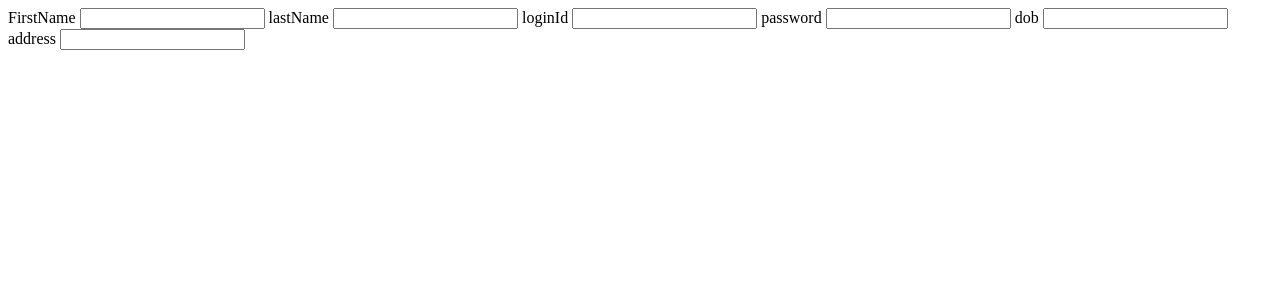
Repository: vikash9562/AdvanceJava
Page: http://localhost/DynamicProject/FirstServlet
These files come from the project's save history. The page is drawn as it stood at one moment and after the next save; the edit follows.
The browser window is 1280 px wide. The pictures show the whole page.
The page is served by Tomcat 9. Other server files are loaded and not shown.

Above is the page before, as saved 2023-08-16 09:32:00.

### advance java/DynamicProject/src/in/co/rays/ctl/FirstServlet.java
package in.co.rays.ctl;

import java.io.IOException;
import java.io.PrintWriter;
import java.text.ParseException;
import java.text.SimpleDateFormat;

import javax.servlet.ServletException;
import javax.servlet.annotation.WebServlet;
import javax.servlet.http.HttpServlet;
import javax.servlet.http.HttpServletRequest;
import javax.servlet.http.HttpServletResponse;

import in.co.rays.bean.UserBean;
import in.co.rays.model.UserModel;

@WebServlet("/FirstServlet")

public class FirstServlet extends HttpServlet {

	@Override
	protected void doGet(HttpServletRequest req, HttpServletResponse resp) throws ServletException, IOException {

		resp.setContentType("text/html");

		PrintWriter out = resp.getWriter();

		//out.println("<h1>Dynamic web project.......!!!!</h1>");
		out.println("<th>FirstName</th>");
		out.println("<td><input type='text' name='firstName'></td>");

		out.println("<th>lastName</th>");
		out.println("<td><input type='text' name='lastName'></td>");

		out.println("<th>loginId</th>");
		out.println("<td><input type='text' name='loginId'></td>");

		out.println("<th>password</th>");
		out.println("<td><input type='text' name='password'></td>");

		out.println("<th>dob</th>");
		out.println("<td><input type='text' name='dob'></td>");

		out.println("<th>address</th>");
		out.println("<td><input type='text' name='address'></td>");


		out.close();



	}

	@Override
	protected void doPost(HttpServletRequest req, HttpServletResponse resp) throws ServletException, IOException {

		String firstName = req.getParameter("firstName");
		String lastName = req.getParameter("lastName");
		String loginId = req.getParameter("loginId");
		String password = req.getParameter("password");
		String dob = req.getParameter("dob");
		String address = req.getParameter("address");

		SimpleDateFormat sdf = new SimpleDateFormat("yyyy-MM-dd");

		UserBean bean = new UserBean();
		bean.setFist_name(firstName);
		bean.setLast_name(lastName);
		bean.setLogin_id(loginId);
		bean.setPassword(password);
		try {
			bean.setDob(sdf.parse(dob));
		} catch (ParseException e) {
			// TODO Auto-generated catch block
			e.printStackTrace();
		}
		bean.setAddress(address);

		UserModel model = new UserModel();
		try {
			model.add(bean);
		} catch (Exception e) {
			// TODO Auto-generated catch block
			e.printStackTrace();
		}

		}

}

After the next save:
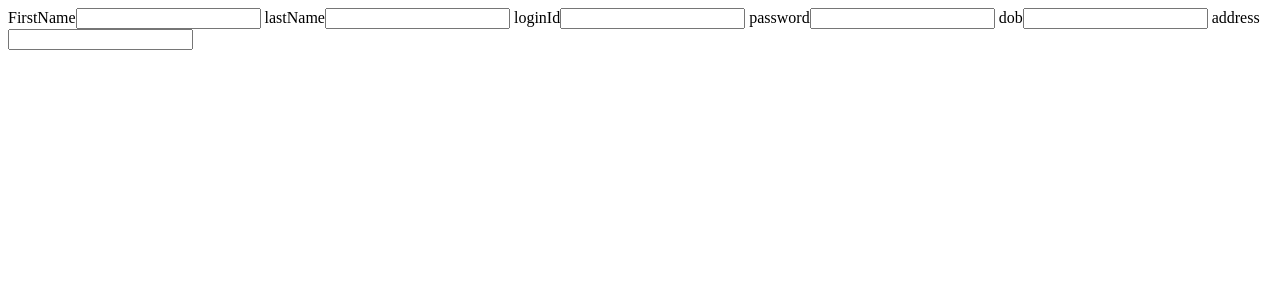
Saved 3 min 15 s later.
--- a/advance java/DynamicProject/src/in/co/rays/ctl/FirstServlet.java
+++ b/advance java/DynamicProject/src/in/co/rays/ctl/FirstServlet.java
@@ -26,22 +26,22 @@ public class FirstServlet extends HttpServlet {
 		PrintWriter out = resp.getWriter();
 
 		//out.println("<h1>Dynamic web project.......!!!!</h1>");
-		out.println("<th>FirstName</th>");
+		out.print("<th>FirstName</th>");
 		out.println("<td><input type='text' name='firstName'></td>");
 
-		out.println("<th>lastName</th>");
+		out.print("<th>lastName</th>");
 		out.println("<td><input type='text' name='lastName'></td>");
 
-		out.println("<th>loginId</th>");
+		out.print("<th>loginId</th>");
 		out.println("<td><input type='text' name='loginId'></td>");
 
-		out.println("<th>password</th>");
+		out.print("<th>password</th>");
 		out.println("<td><input type='text' name='password'></td>");
 
-		out.println("<th>dob</th>");
+		out.print("<th>dob</th>");
 		out.println("<td><input type='text' name='dob'></td>");
 
-		out.println("<th>address</th>");
+		out.print("<th>address</th>");
 		out.println("<td><input type='text' name='address'></td>");
 
 
@@ -83,6 +83,7 @@ public class FirstServlet extends HttpServlet {
 			// TODO Auto-generated catch block
 			e.printStackTrace();
 		}
+		resp.sendRedirect("UserRegistration.jsp");
 
 		}
 
